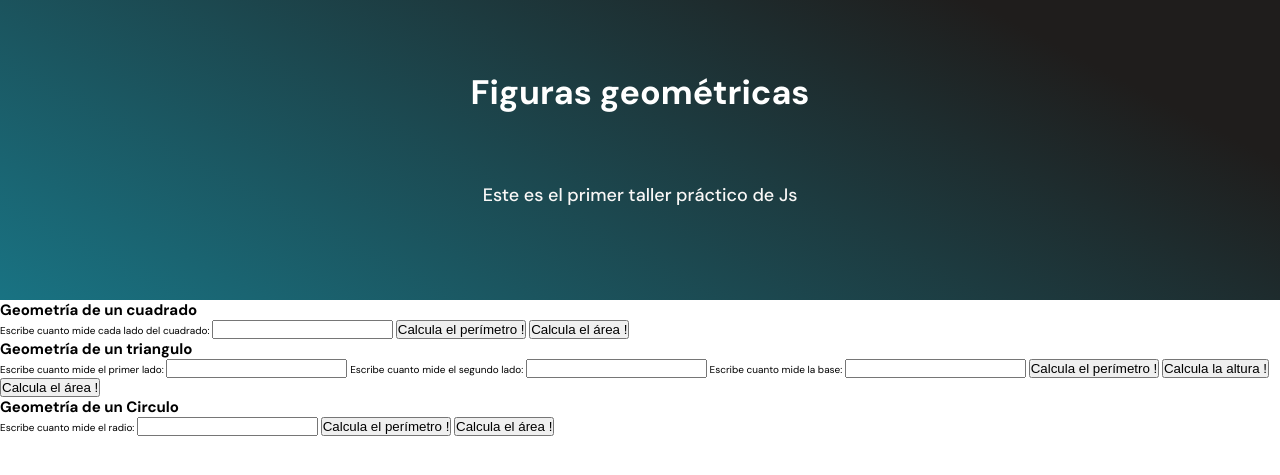
Repository: ChristianGecchelin/javascript-project
Page: javascript-project/figuras-geometricas/figuras.html
An editor plug-in stored every save of this project. The page is shown before and after the next save, followed by the edit.
The browser window is 1280 px wide. The pictures show the whole page.

Above is the page before, as saved 2021-12-01 21:35:40.

After the next save:
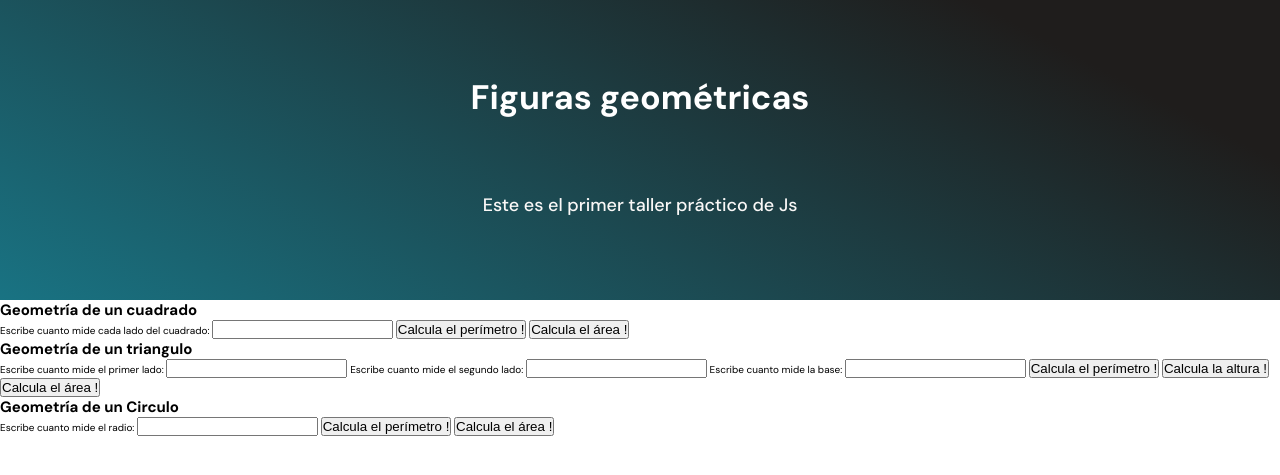
Saved 24 s later.
--- a/javascript-project/figuras-geometricas/style.css
+++ b/javascript-project/figuras-geometricas/style.css
@@ -42,7 +42,7 @@ header .header--title-container h1 {
   margin-bottom: 80px;
   font-size: 3.4rem;
   font-weight: 700;
-  line-height: 2.6rem;
+  line-height: 3.6rem;
   color: var(--just-white);
 }
 header .header--title-container p {
